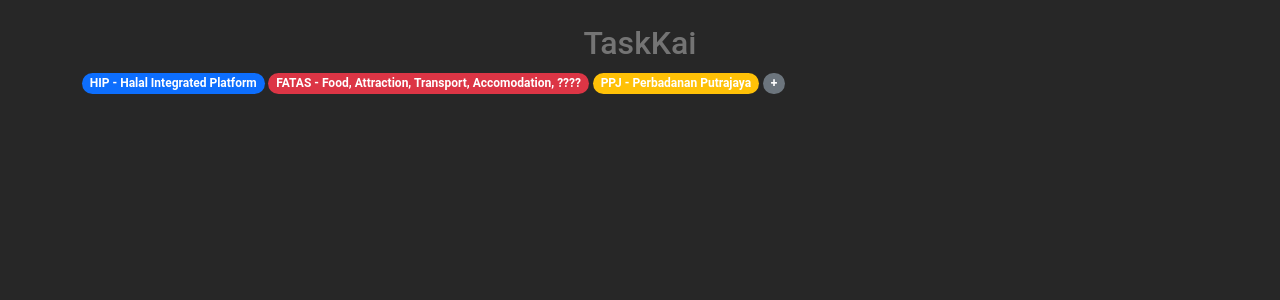
Repository: faizhakimi99/TaskKai
Page: src/views/index.html
The author's editor kept a copy of each file at every save. The page is drawn from the files as they stood at one save, then again after the next save.
The browser window is 1280 px wide. The pictures show the whole page.

Above is the page before, as saved 2025-01-27 12:19:30.

### src/views/index.html
<!DOCTYPE html>
<html lang="en">

<head>
    <meta charset="UTF-8">
    <meta name="viewport" content="width=device-width, initial-scale=1.0">
    <title>Task Kai</title>
    <link rel="stylesheet" href="/plugins/css/bootstrap.min.css" type="text/css">
    <link rel="stylesheet" href="/customStyle/style.css" type="text/css">
</head>

<body>
    <div class="mt-4"></div>
    <div id="notes-header" class="container">
        <div class="row">
            <div class="col-lg-12 text-center">
                <h2>TaskKai</h2>
            </div>
        </div>
    </div>

    <div id="list-project" class="container">
        <div class="row">
            <div class="col-lg-12">
                <span class="rounded-pill badge bg-primary">HIP - Halal Integrated Platform</span>
                <span class="rounded-pill badge bg-danger">FATAS - Food, Attraction, Transport, Accomodation, ????</span>
                <span class="rounded-pill badge bg-warning">PPJ - Perbadanan Putrajaya</span>
                <span class="rounded-pill badge bg-secondary">+</span>
            </div>
        </div>
    </div>

    <div id="kanban-project" class="container-fluid">
        <div class="row">

        </div>
    </div>


    <script src="/plugins/js/bootstrap.min.js"></script>
</body>

</html>

### src/public/customStyle/style.css
:root {
    --background-color: #272727;
    --primary-color: #747474;
    --secondary-color: #ff652f;
    --third-color: #ffe400;
    --fourth-color: #14a76c;
    --font-family: 'Roboto', sans-serif;
    --spacing: 16px;
}

body {
    font-size: 16px;
    font-family: var(--font-family);
    color: var(--primary-color);
    background-color: var(--background-color);
}

Loaded but not shown: src/public/plugins/css/bootstrap.min.css (library); src/public/plugins/js/bootstrap.min.js (library)

After the next save:
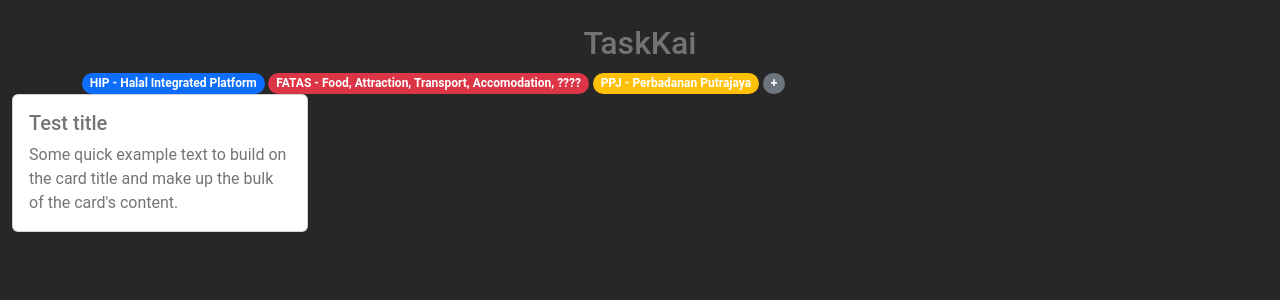
Saved 18 min 26 s later.
--- a/src/views/index.html
+++ b/src/views/index.html
@@ -32,7 +32,17 @@
 
     <div id="kanban-project" class="container-fluid">
         <div class="row">
-
+            <div class="col-lg-3">
+                <div class="card h-100">
+                    <div class="card-body">
+                        <h5 class="card-title">Test title</h5>
+                        <span>Some quick example text to build on the card title and make up the bulk of the card's content.</span>
+                    </div>
+                </div>
+            </div>
+            <div class="col-lg-3"></div>
+            <div class="col-lg-3"></div>
+            <div class="col-lg-3"></div>
         </div>
     </div>
 
